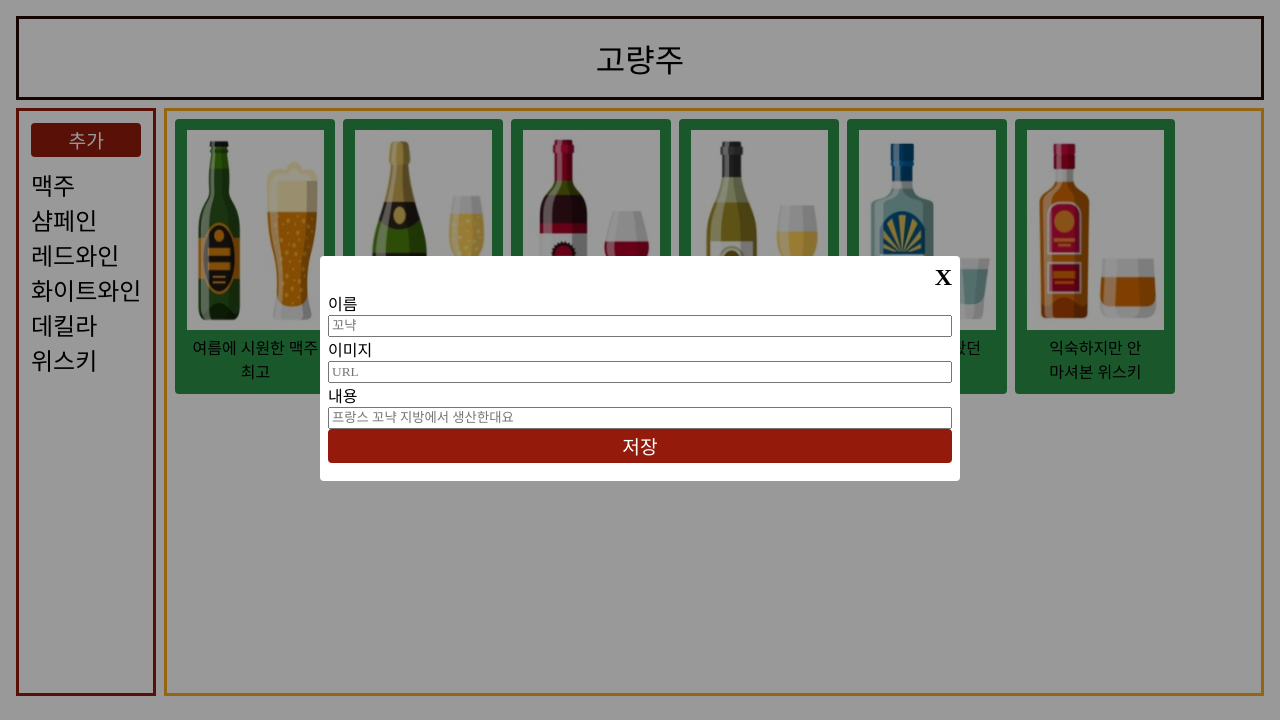
Repository: Jay-JYKim91/grj_2nd_week
Page: index.html
These files come from the project's save history. The page is drawn as it stood at one moment and after the next save; the edit follows.
The browser window is 1280 px wide. The pictures show the whole page.
Some web fonts or font styles are not loaded; a fallback is used.

Above is the page before, as saved 2022-05-16 16:52:19.

After the next save:
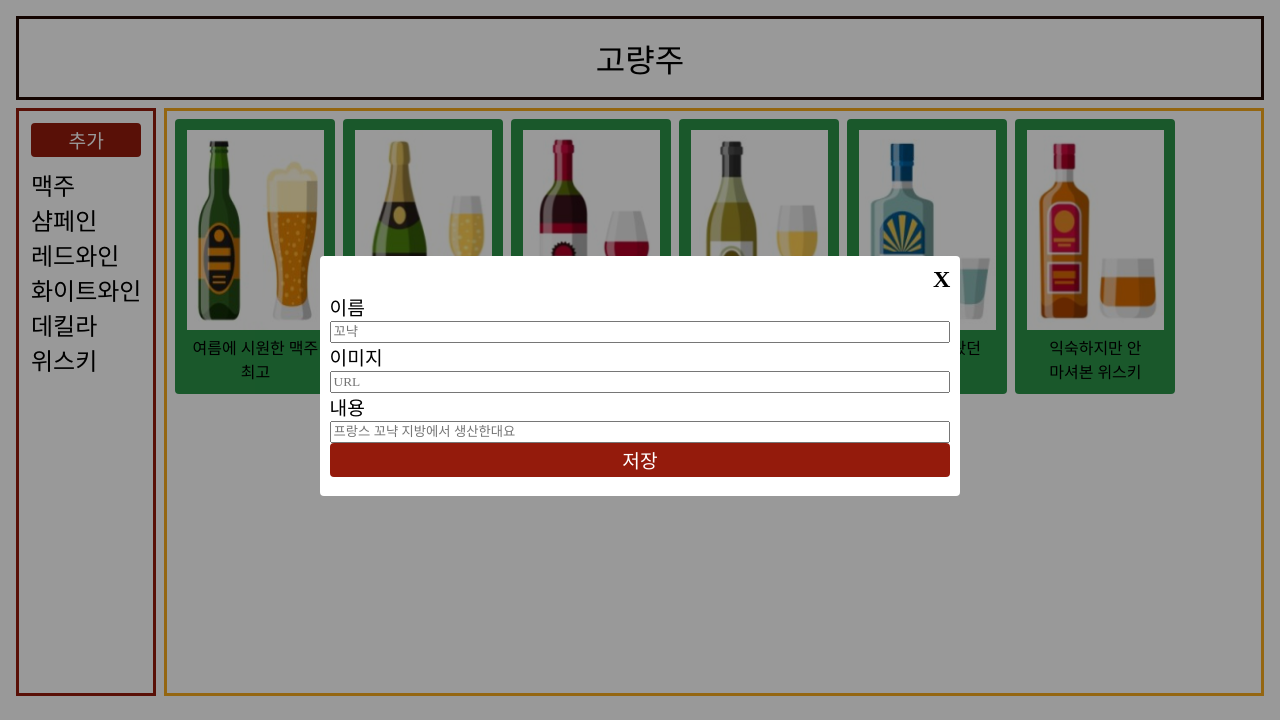
Saved 22 s later.
--- a/styles.css
+++ b/styles.css
@@ -121,7 +121,7 @@ aside {
   width: 50%; /* Could be more or less, depending on screen size */
   display: flex;
   flex-direction: column;
-  font-size: 1rem;
+  font-size: 1.2rem;
 }
 
 /* The Close Button */
